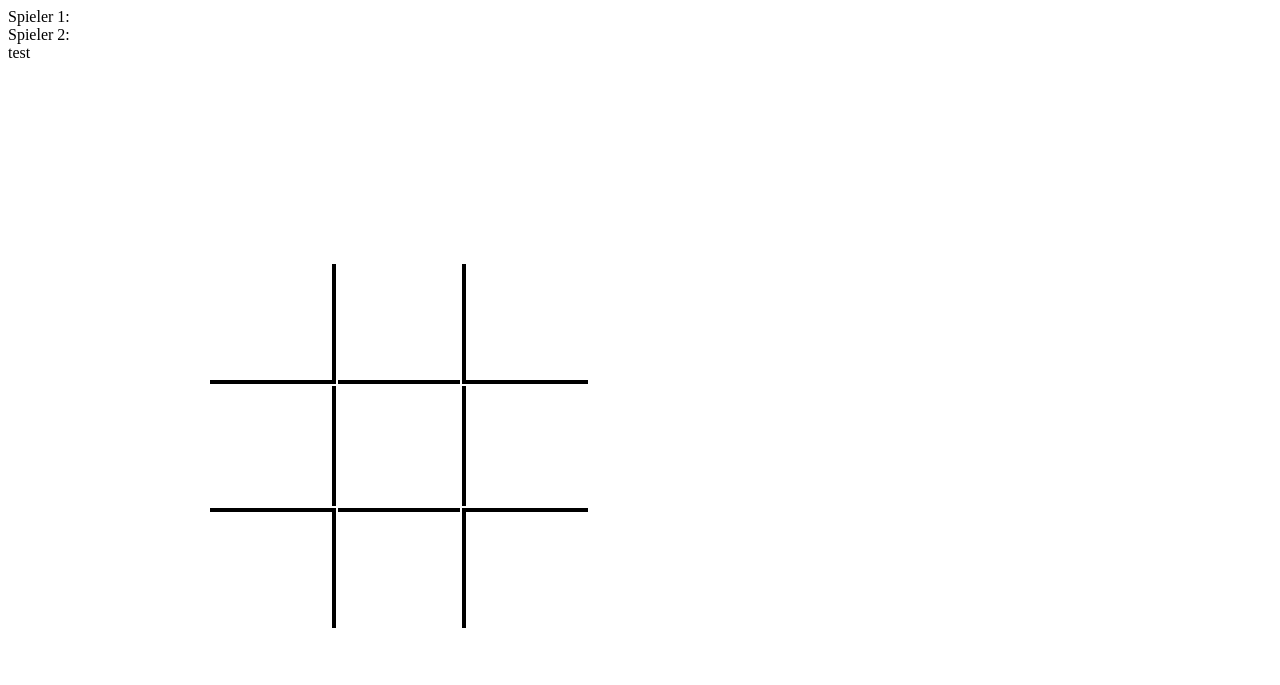
Repository: BKMaster94/Proggen_testat_2
Page: Proggen_testat_2/HTML/Index.html
The author's editor kept a copy of each file at every save. The page is drawn from the files as they stood at one save, then again after the next save.
The browser window is 1280 px wide. The pictures show the whole page.

Above is the page before, as saved 2017-06-12 16:52:04.
Console error: SyntaxError: Unexpected end of input

### Proggen_testat_2/HTML/Index.html
<!DOCTYPE HEAD PUBLIC "-//W3C//DTD HTML 4.01 Transitional//EN" "http://www.w3.org/TR/html4/loose.dtd">
<HTML>
<HEAD>
	<meta name="Dokumentbe4schreibung" content="Index">
	<meta name="viewport" content="width=device-width, initial-sclae=1.0">
	<title>TicTacTo</title>

	<style>
	#table{
		font: bold 100px 'Comic Sans';
		margin-left:2em;
		margin-top:2em;
		display: table;
	}

	table tr th{
		width: 120px;
		height: 120px;
	}

	#S1Z_Eins{
		border-right: 4px solid black;
		border-bottom: 4px solid black;
	}
	#S1Z_Zwei
	{
		border-bottom: 4px solid black;
	}
	#S1Z_Drei
	{
		border-left: 4px solid black;
		border-bottom: 4px solid black;
	}
	#S2Z_Eins{
		border-right: 4px solid black;
	}
	#S2Z_Zwei
	{
		border-radius:: 2px;
	}
	#S2Z_Drei
	{
		border-left: 4px solid black;
		border-radius:: 2px;

	}
	#S3Z_Eins{
		border-right: 4px solid black;
		border-top: 4px solid black;
	}
	#S3Z_Zwei
	{
		border-top: 4px solid black;
	}
	#S3Z_Drei
	{
		border-left: 4px solid black;
		border-top: 4px solid black;
	}
	</style>
</HEAD>

<BODY>
<div> Spieler 1: </div> <div> Spieler 2: </div>

<div onclick="sendRequest()"> test </div>



	<table id="table">
		<tr id="S_Eins">
			<th id="S1Z_Eins" onclick="WerlcherDarfClicken(this.id);"></th>
			<th id="S1Z_Zwei" onclick="WerlcherDarfClicken(this.id);"></th>
			<th id="S1Z_Drei" onclick="WerlcherDarfClicken(this.id);"></th>
		</tr>
		<tr id="S_Zwei">
			<th id="S2Z_Eins" onclick="WerlcherDarfClicken(this.id);"></th>
			<th id="S2Z_Zwei" onclick="WerlcherDarfClicken(this.id);"></th>
			<th id="S2Z_Drei" onclick="WerlcherDarfClicken(this.id);"></th>
		</tr>
		<tr id="S_Drei">
		 	<th id="S3Z_Eins" onclick="WerlcherDarfClicken(this.id);"></th>
			<th id="S3Z_Zwei" onclick="WerlcherDarfClicken(this.id);"></th>
			<th id="S3Z_Drei" onclick="WerlcherDarfClicken(this.id);"></th>
		</tr>

	</table>

</BODY>

<script type="text/javascript">
var player1 = true;
var player2 = false;

function WerlcherDarfClicken(el){
	if(player1 == true ){
		player2 = false;
		document.getElementById(el).innerHTML='x';
	}
	if(player2 == true){
		player1 = false;
		document.getElementById(el).innerHTML='o';
	}
}

function sendRequest(){

	   xmlhttp = new XMLHttpRequest();

	   xmlhttp.open("POST","http://localhost:8080/getstring", true);
	   xmlhttp.send();

	   string=xmlhttp.responseText;

}

function getResponse(){

	   xmlhttp = new XMLHttpRequest();

	   xmlhttp.open("GET","http://localhost:8080/getResponse", true);
	   xmlhttp.send(null);
	   request.onreadystatechange = function() {
		   if (request.readyState == 4) {
		     var doc = request.response;
		     //var elem = doc.getElementById("div1");
		     alert(doc);
		   }

}

</script>
</HTML>

After the next save:
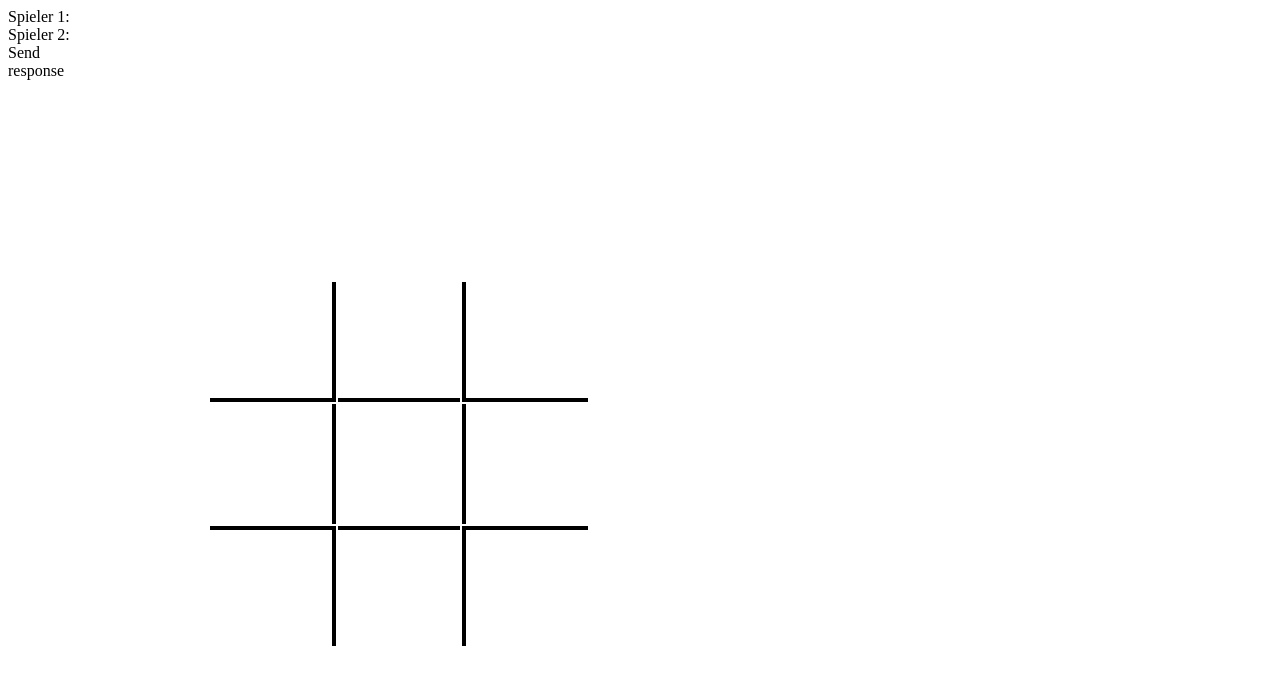
Saved 32 s later.
--- a/Proggen_testat_2/HTML/Index.html
+++ b/Proggen_testat_2/HTML/Index.html
@@ -63,7 +63,8 @@
 <BODY>
 <div> Spieler 1: </div> <div> Spieler 2: </div>
 
-<div onclick="sendRequest()"> test </div>
+<div onclick="sendRequest()"> Send </div>
+<div onclick="getResponse()"> response </div>
 
 
 
